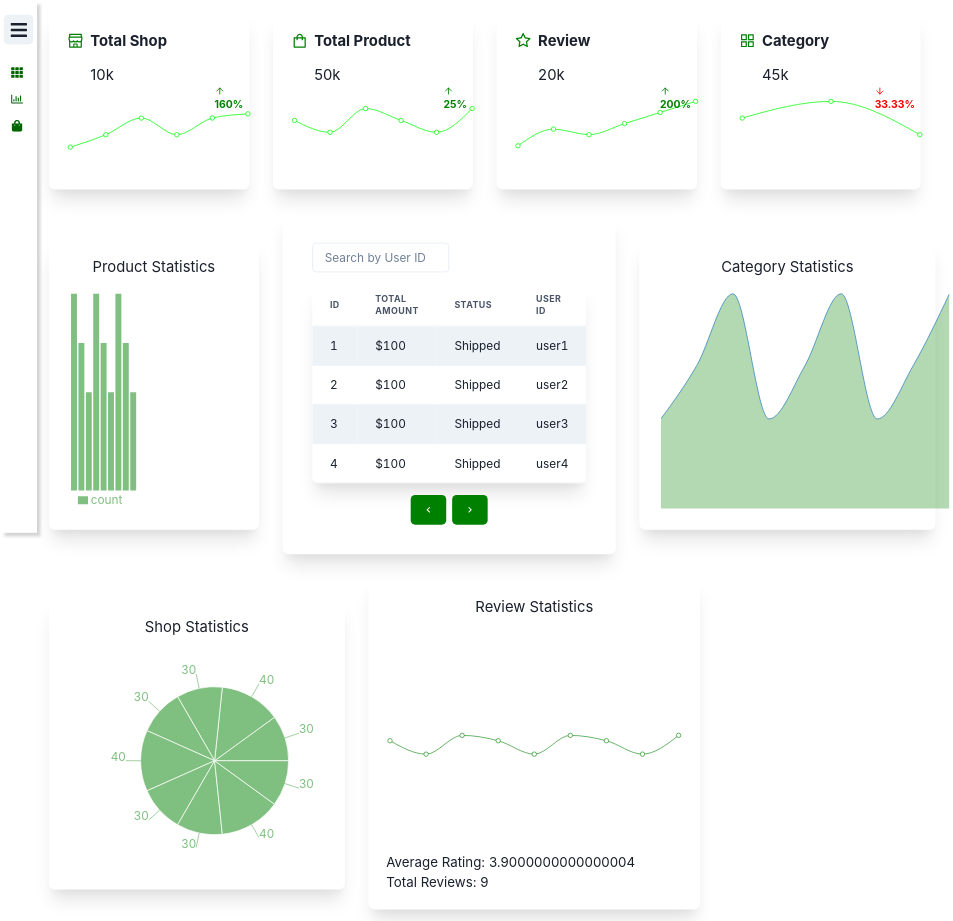
Repository: Andarg01/chakra-dashboard
Page: /
The author's editor kept a copy of each file at every save. The page is drawn from the files as they stood at one save, then again after the next save.
The browser window is 1280 px wide. The page is 1288 px wide, then 1280 px, then 1288 px, so the pictures cover 1288 px, including what lies to the right of the window. The pictures show the whole page, at 74% of full size.
The project was rebuilt for these pictures with package versions that can differ from the ones it lists, and the page was loaded fresh each time. Also part of the build but not shown: src/components/ProductModal.tsx, src/components/ProductTable.tsx, src/pages/ProductList.tsx, src/components/RecentSalesTable.tsx, src/components/PopularProductsPage.tsx, src/pages/Analytics.tsx.

Above is the page before, as saved 2024-03-18 02:07:29.

After the next save:
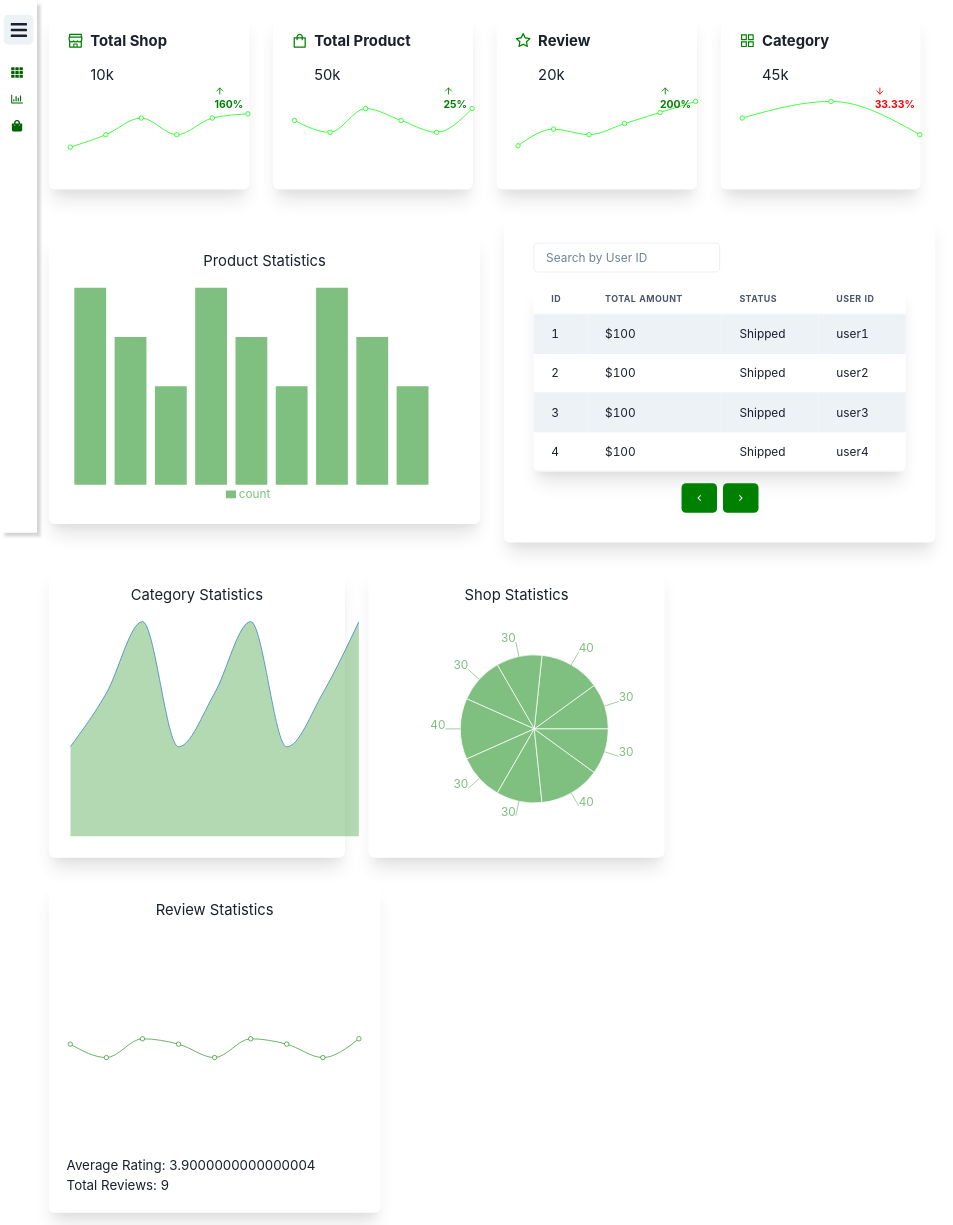
Saved 5 s later.
--- a/src/components/Dashboard.tsx
+++ b/src/components/Dashboard.tsx
@@ -99,7 +99,7 @@
         <Text fontSize="xl" mb={4}>
           Product Statistics
         </Text>
-        <BarChart width={100} height={300} data={productData}   >
+        <BarChart width={500} height={300} data={productData}   >
           <Tooltip />
           <Legend />
           <Bar dataKey="count" fill="#00800080" />

After the 3 saves that followed:
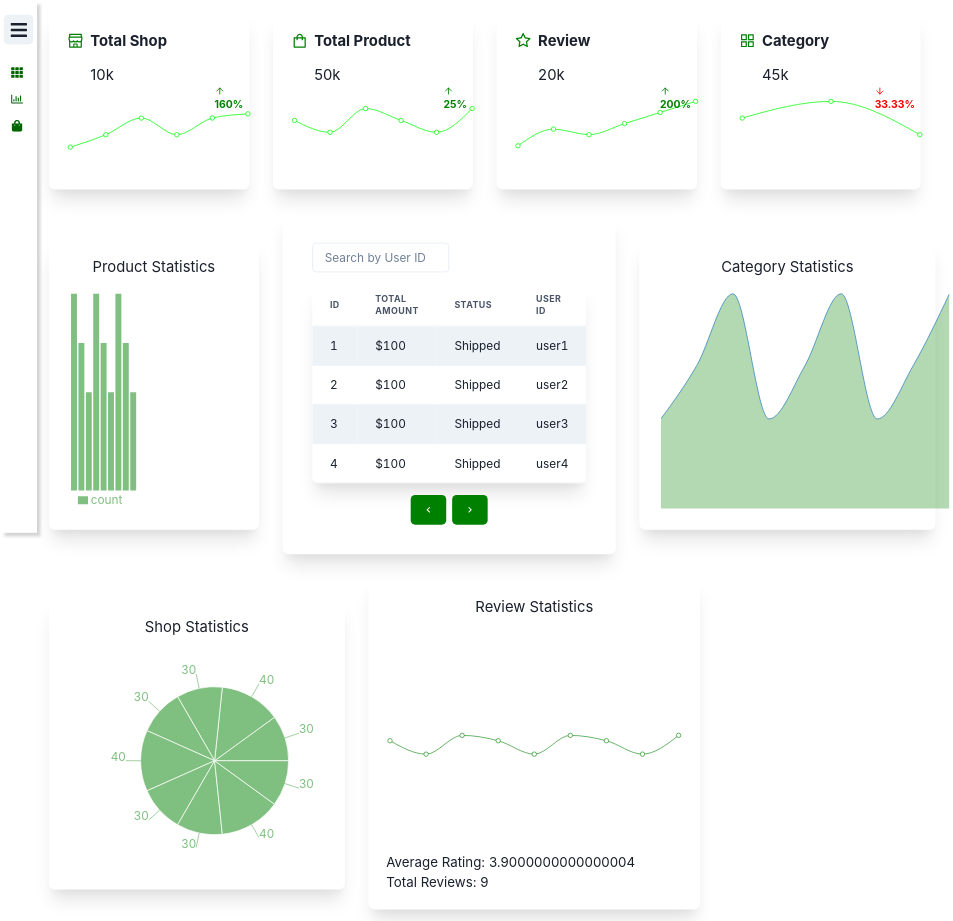
The 3 saves are shown as one change because 2 left the picture as it was.
The last was saved 72 s later.
--- a/src/components/Dashboard.tsx
+++ b/src/components/Dashboard.tsx
@@ -99,10 +99,10 @@
         <Text fontSize="xl" mb={4}>
           Product Statistics
         </Text>
-        <BarChart width={500} height={300} data={productData}   >
+        <BarChart width={100} height={300} data={productData}   >
           <Tooltip />
           <Legend />
-          <Bar dataKey="count" fill="#00800080" />
+          <Bar dataKey="count" fill="#00800080"  spacing={8}/>
         </BarChart>
       </Box>
       <Box
